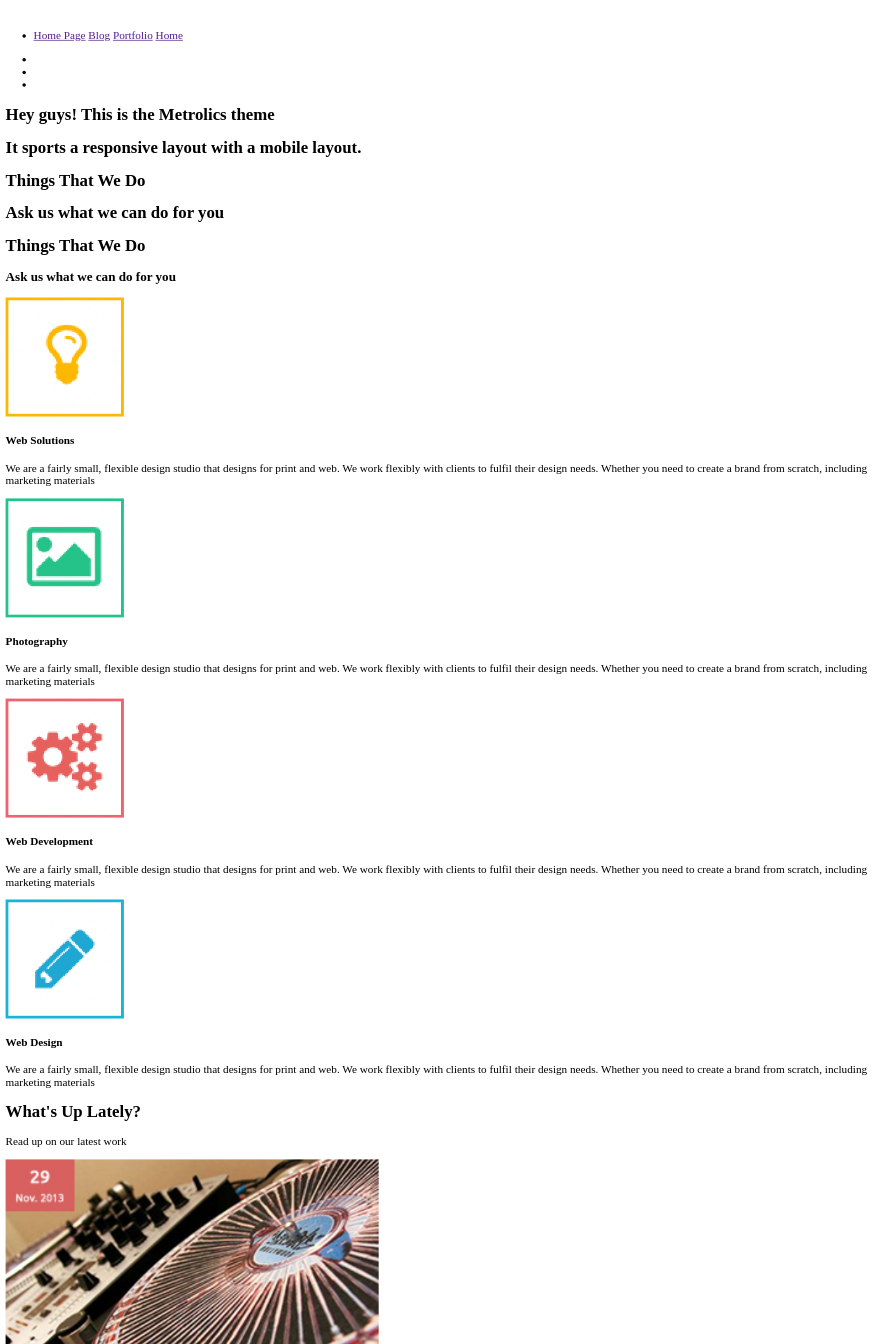
Repository: JerryWuOn/BCITPROJECT1-LAB-03B
Page: index.html
An editor plug-in stored every save of this project. The page is shown before and after a run of saves, followed by the edit.
The browser window is 1280 px wide. The pictures show the part of the page from y = 0 to 1920 px (the page is 9304 px tall before and 9292 px after), at 70% of full size.

Above is the page before, as saved 2023-01-27 18:21:54.

After the next 3 saves:
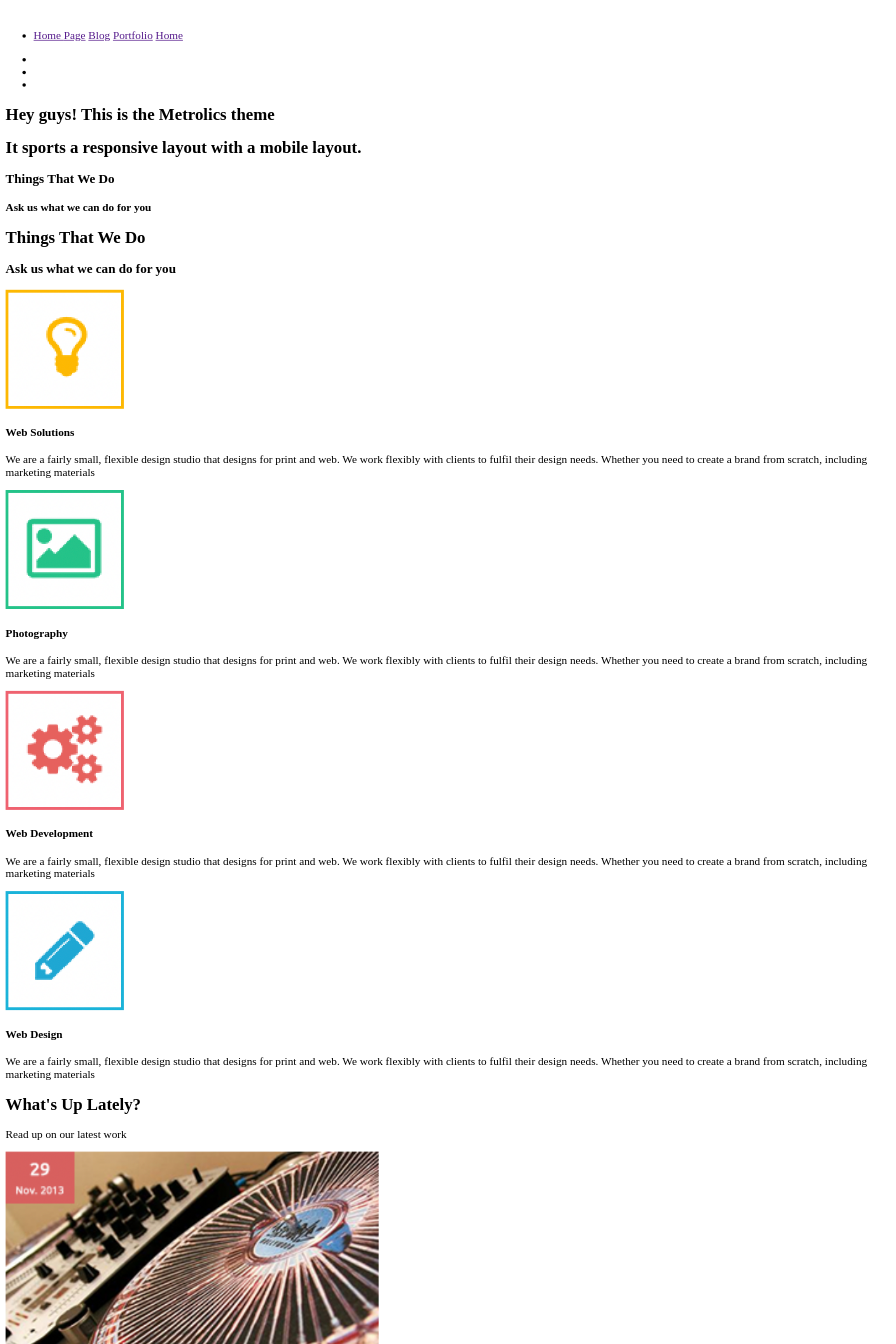
The 3 saves are shown as one change because they came seconds apart.
The last was saved 18 s later.
--- a/index.html
+++ b/index.html
@@ -37,8 +37,8 @@
   </section>
 
   <section class="comp_description">
-    <h1  class="comp_description_header">Things That We Do</h1>
-         <h1  class="comp_description_description">Ask us what we can do for you</h1>
+    <h3  class="comp_description_header">Things That We Do</h1>
+         <h4  class="comp_description_description">Ask us what we can do for you</h1>
   </section>
 
           <h2>Things That We Do</h2>
